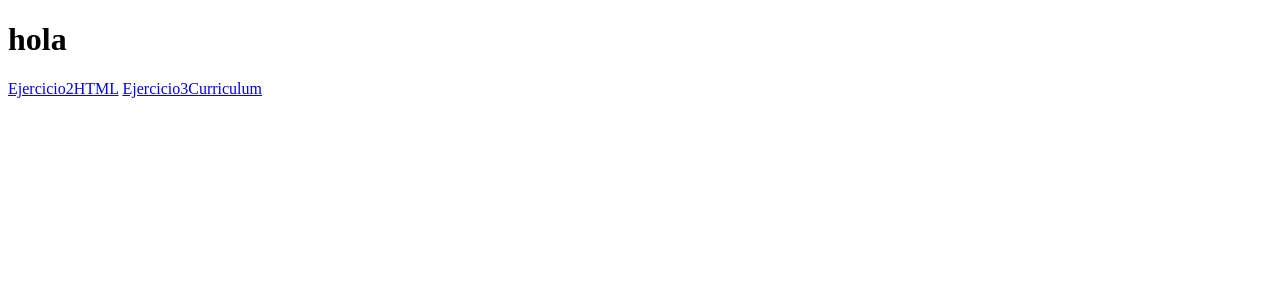
Repository: salvadorsobrino/Ejercicio4JavaTomCat
Page: Ejercicio4/src/main/webapp/index.html
These files come from the project's save history. The page is drawn as it stood at one moment and after the next save; the edit follows.
The browser window is 1280 px wide. The pictures show the whole page.

Above is the page before, as saved 2022-03-10 17:30:20.

### Ejercicio4/src/main/webapp/index.html
<!DOCTYPE html>
<html>
<head>
<meta charset="UTF-8">
<title>Insert title here</title>
</head>
<body>
	<h1>hola</h1>
	<a href="/Ejercicio4/Ejercicio2/index.html">Ejercicio2HTML</a>
	<a href="/Ejercicio4/Ejercicio3Curriculum/index.html">Ejercicio3Curriculum</a>
</body>
</html>

After the next save:
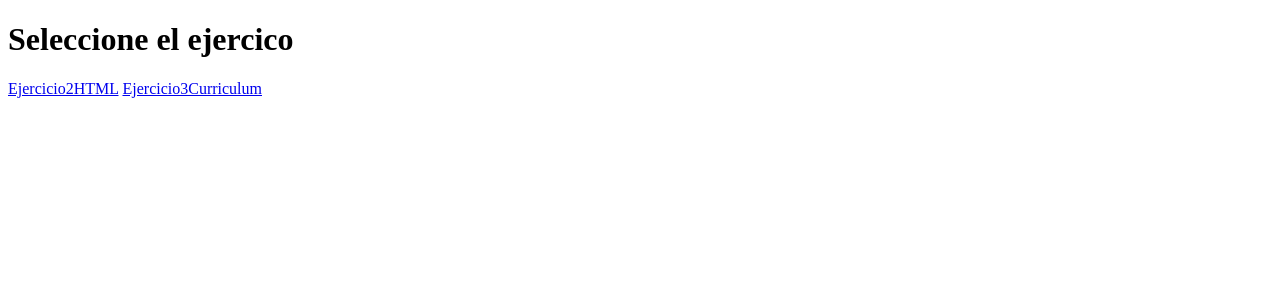
Saved 24 s later.
--- a/Ejercicio4/src/main/webapp/index.html
+++ b/Ejercicio4/src/main/webapp/index.html
@@ -5,7 +5,7 @@
 <title>Insert title here</title>
 </head>
 <body>
-	<h1>hola</h1>
+	<h1>Seleccione el ejercico</h1>
 	<a href="/Ejercicio4/Ejercicio2/index.html">Ejercicio2HTML</a>
 	<a href="/Ejercicio4/Ejercicio3Curriculum/index.html">Ejercicio3Curriculum</a>
 </body>
